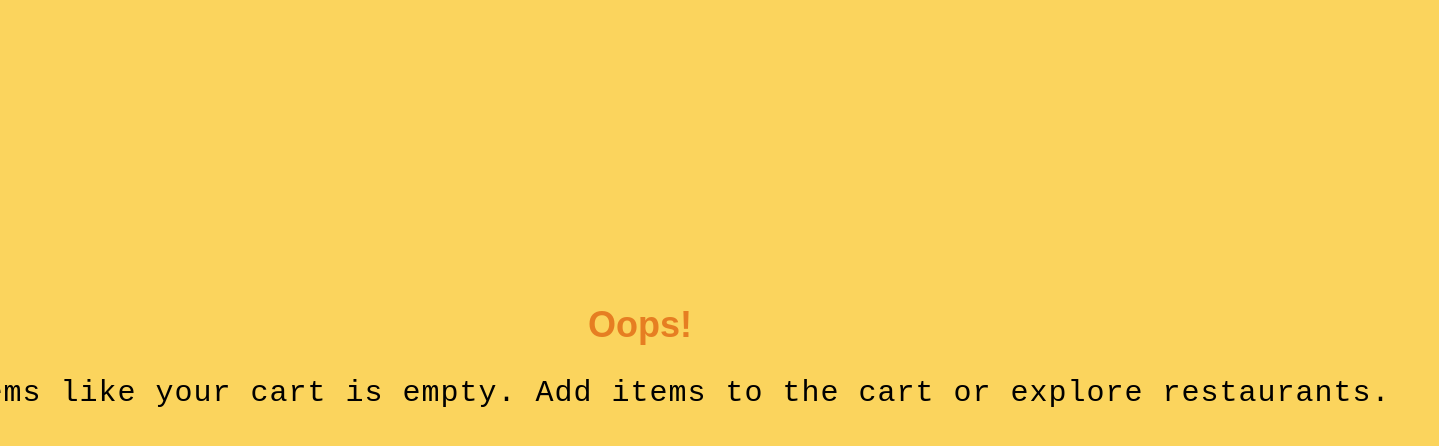
Repository: SWATHIBHUMA/FoodDelivaryApp
Page: http://localhost/FoodDelivaryApp/errorPage.jsp
These files come from the project's save history. The page is drawn as it stood at one moment and after the next save; the edit follows.
The browser window is 1280 px wide. The page is 1400 px wide, then 1439 px, so the pictures cover 1439 px, including what lies to the right of the window. The pictures show the whole page.
The page is served by Tomcat 9. Other server files are loaded and not shown.

Above is the page before, as saved 2024-01-14 12:19:21.

### FoodDelivaryApp/src/main/webapp/errorPage.jsp
<%@ page language="java" contentType="text/html; charset=UTF-8" pageEncoding="UTF-8"%>

<!DOCTYPE html>
<html lang="en">
<head>
    <meta charset="UTF-8">
    <meta http-equiv="X-UA-Compatible" content="IE=edge">
    <meta name="viewport" content="width=device-width, initial-scale=1.0">
    <title>Error - Nothing in Cart</title>
    <style>
        body {
            font-family: 'Arial', sans-serif;
            background-color: #fbd45d; /* Warm yellow background */
            margin: 0;
            padding: 0;
            display: flex;
            align-items: center;
            justify-content: center;
            height: 100vh;
            text-align: center;
        }
		.container{
			display: inline-block;
		}

		.text{
			font-size: 30px;
			letter-spacing: 1px;
			font-family: monospace;
			border-right: 5px solid;
			width: 100%;
			white-space: nowrap;
			overflow: hidden;
			animation:
				typing 2s,
				cursor .4s step-end infinite alternate;
		}
		@keyframes cursor{
			50%{ border-color: transparent}
		}

		@keyframes typing{
			from{width: 0}
		}

		}

        button.back-to-restaurants-btn {
    background-color: #e67e22; /* Dark orange button color */
    color: #ffffff; /* White button text color */
    padding: 15px 30px;
    font-size: 24px; /* Increased font size */
    border: none;
    border-radius: 8px;
    cursor: pointer;
    transition: background-color 0.3s ease;
    outline: none; /* Remove default focus outline */
}

button.back-to-restaurants-btn:hover {
    background-color: #d35400; /* Darker orange on hover */
}


		h1 {
            color: #e67e22; /* Dark orange text */
            margin-bottom: 20px;
            font-size: 36px; /* Increased font size */
            animation: bounce 1s forwards; /* Change infinite to forwards for single time bounce */
        }
        @keyframes bounce {
            0%, 20%, 50%, 80%, 100% {
                transform: translateY(0);
            }
            40% {
                transform: translateY(-20px);
            }
            60% {
                transform: translateY(-10px);
            }
        }

        @keyframes typing {
            from {
                width: 0;
            }
        }

        @keyframes fadeIn {
            from {
                opacity: 0;
            }
            to {
                opacity: 1;
            }
        }
    </style>
</head>
<body>
    <div class="container">
        <h1>Oops!</h1>
        <p class="text">It seems like your cart is empty. Add items to the cart or explore restaurants.</p>
    </div>
</body>
</html>

After the next save:
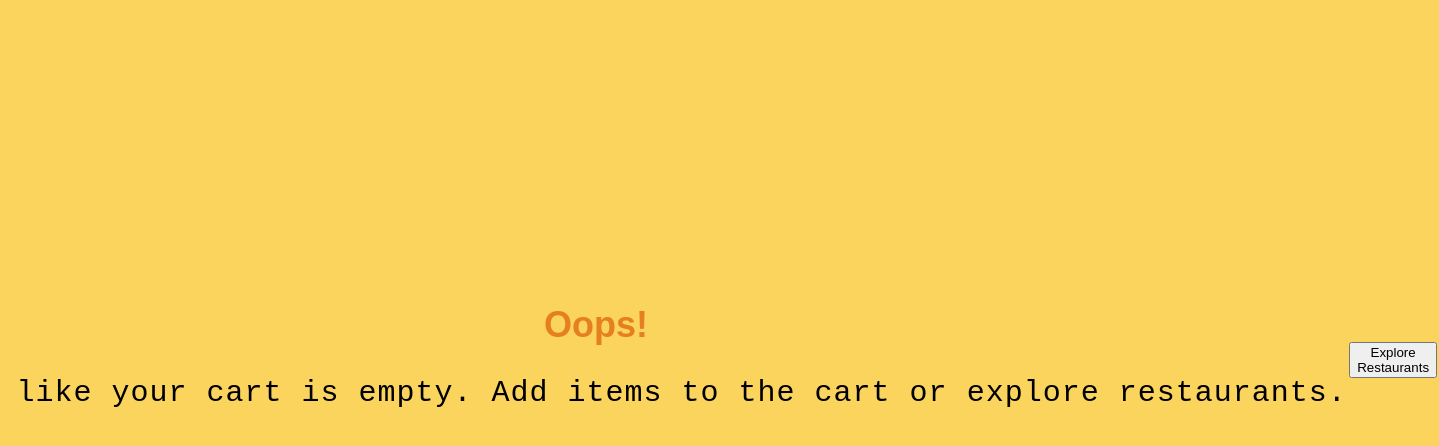
Saved 53 s later.
--- a/FoodDelivaryApp/src/main/webapp/errorPage.jsp
+++ b/FoodDelivaryApp/src/main/webapp/errorPage.jsp
@@ -101,5 +101,6 @@ button.back-to-restaurants-btn:hover {
         <h1>Oops!</h1>
         <p class="text">It seems like your cart is empty. Add items to the cart or explore restaurants.</p>
     </div>
+        <button onclick="window.location.href='<%= request.getContextPath() %>/Restaurents'" class="back-to-restaurants-btn">Explore Restaurants</button>
 </body>
 </html>
